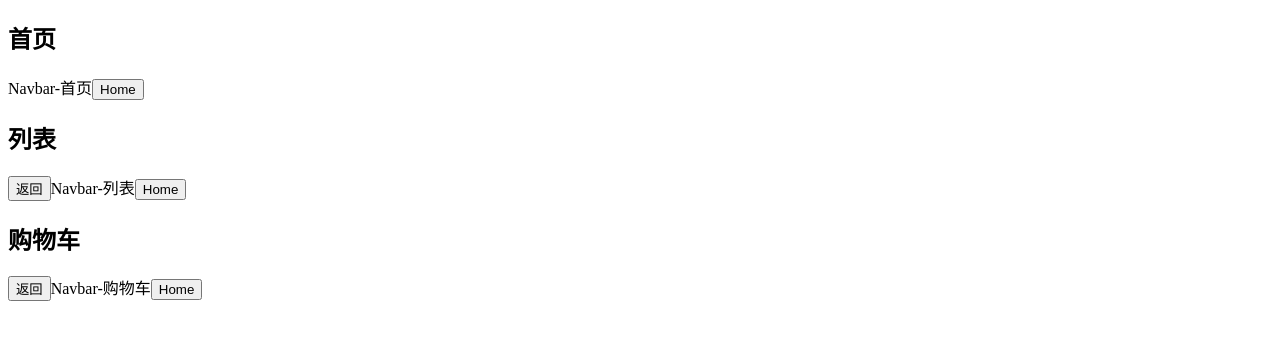
Repository: zenghao518518/React
Page: /
The author's editor kept a copy of each file at every save. The page is drawn from the files as they stood at one save, then again after the next save.
The browser window is 1280 px wide. The pictures show the whole page.
The project was rebuilt for these pictures with package versions that can differ from the ones it lists, and the page was loaded fresh each time.

Above is the page before, as saved 2023-07-24 18:23:49.

### src/index.js
import React from 'react';
//import ReactDOM from 'react-dom';
import ReactDOM from 'react-dom/client'
//import './01-base/01-class组件'
//ReactDOM.render(<div>111111</div>,document.getElementById('root'))                    //);
//import App from './01-base/01-class组件'
//import App from './01-base/02-函数式组件'
//import App from './01-base/03-组件的嵌套'
//import App from './01-base/04-组件的样式'
//import App from './01-base/05-事件绑定-1'
//import App from './01-base/06-事件绑定-2'
//import App from './01-base/07-ref'
//import App from './01-base/08-state'
//import App from './01-base/09-数组渲染'
//import App from './01-base/10-todolist'
//import App from './01-base/12-卖座选项卡'
//import App from './01-base/13-setState同步异步'
//import App from './01-base/14-betterScroll'
//import App from './01-base/15-betterscroll-cinema'
import App from './01-base/16-prop'
//import App from './01-base/19-非受控'
//import App from './01-base/20-受控'
let root = ReactDOM.createRoot(document.getElementById('root'));
//root.render(<div>111111</div>);
root.render(<React.StrictMode><App></App></React.StrictMode>);
//root.render(<App></App>);

### src/01-base/16-prop.js
import React, { Component } from "react";
import Navbar from "./Navbar";
export default class App extends Component {
  render() {
    return (
      <div>
        <div>
          <h2>首页</h2>
          <Navbar title="首页" leftshow={false}/>
        </div>
        <div>
          <h2>列表</h2>
          <Navbar title="列表" leftshow={true}/>
        </div>
        <div>
          <h2>购物车</h2>
          <Navbar title="购物车"  leftshow={true}/>
        </div>
      </div>
    );
  }
}

### src/01-base/Navbar/index.js
import React, { Component } from 'react'
import zenghaoProp from 'prop-types'
console.log(zenghaoProp)
export default class Navbar extends Component {
  state = {
        //只能内部自己用的，外面无法改变
        }
     //类属性
   static propTypes= {
    title:zenghaoProp.string,
    leftshow:zenghaoProp.bool
 }


  render() {
    console.log(this.props)
    let {title,leftshow}= this.props

    return (

      <div>
        {leftshow && <button>返回</button>}
        Navbar-{title}
        <button>Home</button>
      </div>
    )
  }




}

Loaded but not shown: public/index.html (common file)

After the next save:
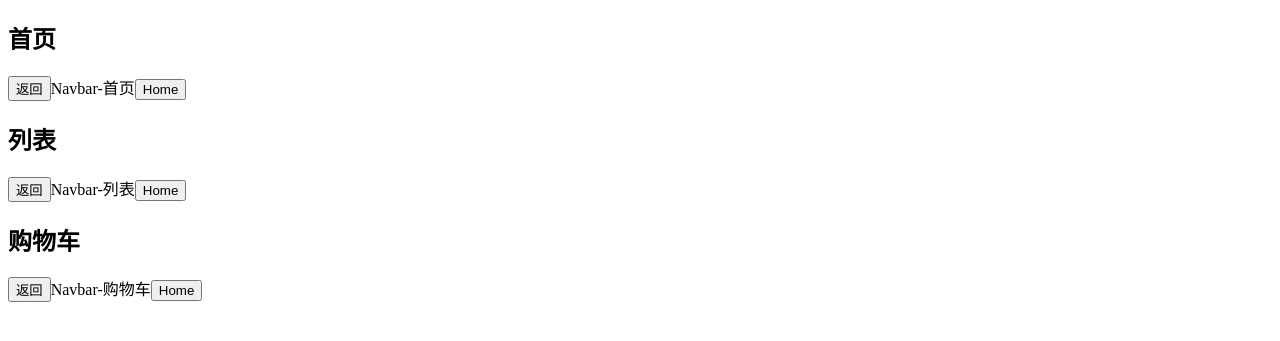
Saved 40 s later.
--- a/src/01-base/16-prop.js
+++ b/src/01-base/16-prop.js
@@ -6,7 +6,7 @@
       <div>
         <div>
           <h2>首页</h2>
-          <Navbar title="首页" leftshow={false}/>
+          <Navbar title="首页" leftshow="false"/>
         </div>
         <div>
           <h2>列表</h2>

After the save that followed:
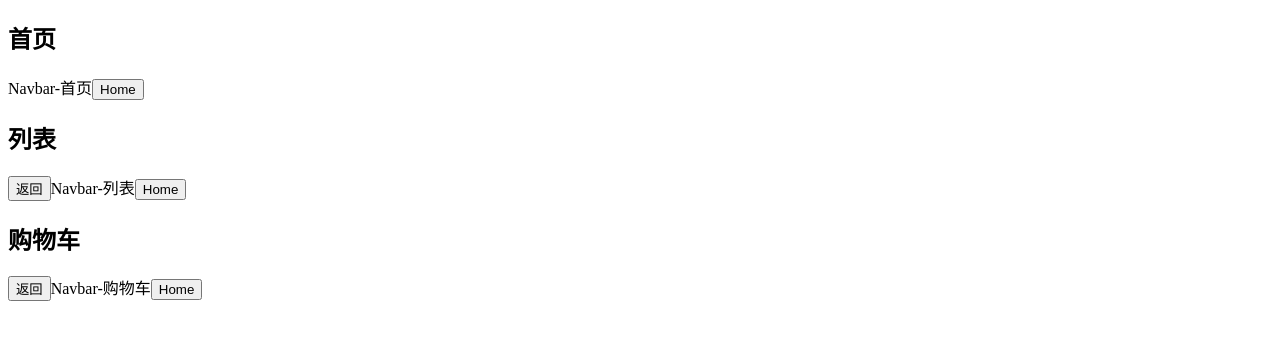
Saved 27 s later.
--- a/src/01-base/16-prop.js
+++ b/src/01-base/16-prop.js
@@ -6,7 +6,7 @@
       <div>
         <div>
           <h2>首页</h2>
-          <Navbar title="首页" leftshow="false"/>
+          <Navbar title="首页" leftshow={false}/>
         </div>
         <div>
           <h2>列表</h2>
